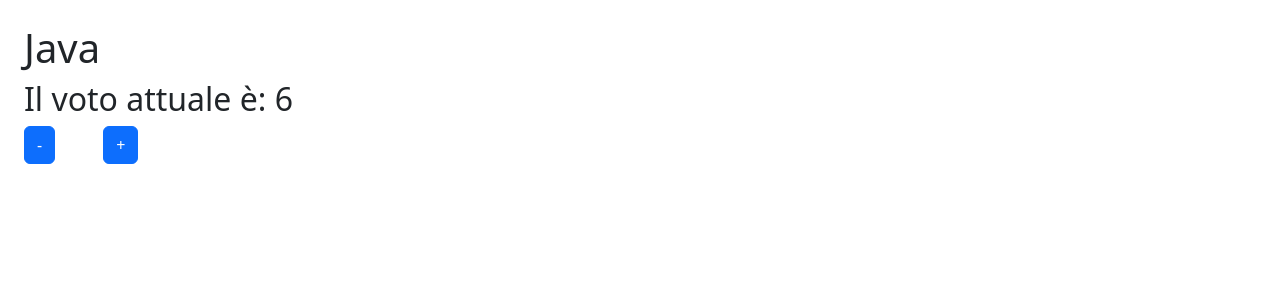
Repository: rubinettiStefano/spieg
Page: /
An editor plug-in stored every save of this project. The page is shown before and after the next save, followed by the edit.
The browser window is 1280 px wide. The pictures show the whole page.
The project was rebuilt for these pictures with package versions that can differ from the ones it lists, and the page was loaded fresh each time.

Above is the page before, as saved 2024-03-27 11:41:19.

After the next save:
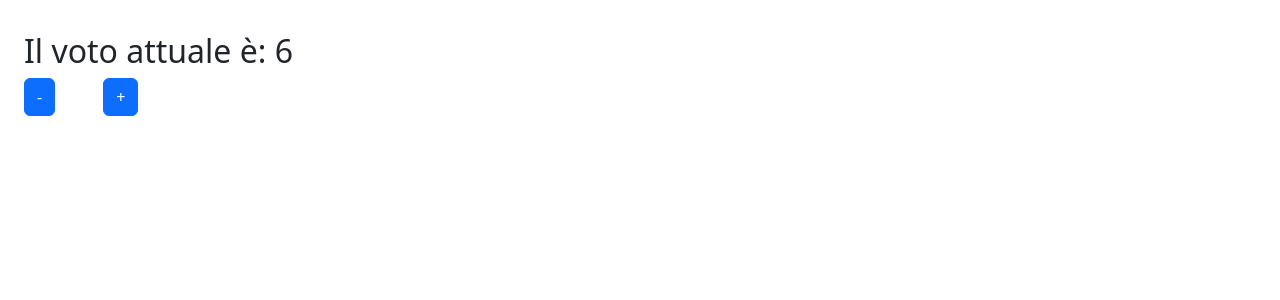
Saved 3 min 31 s later.
--- a/src/App.js
+++ b/src/App.js
@@ -4,10 +4,12 @@
 function App()
 {
 
+  let java = {name:"Java", min:1, max:30};
+
   return (
     <>
       {/* props -> {name:"Java",min:1,max:10} */}
-      <Subject name="Java" min={1} max={30} />
+      <Subject  />
     </>
   );
 }

After the 2 saves that followed:
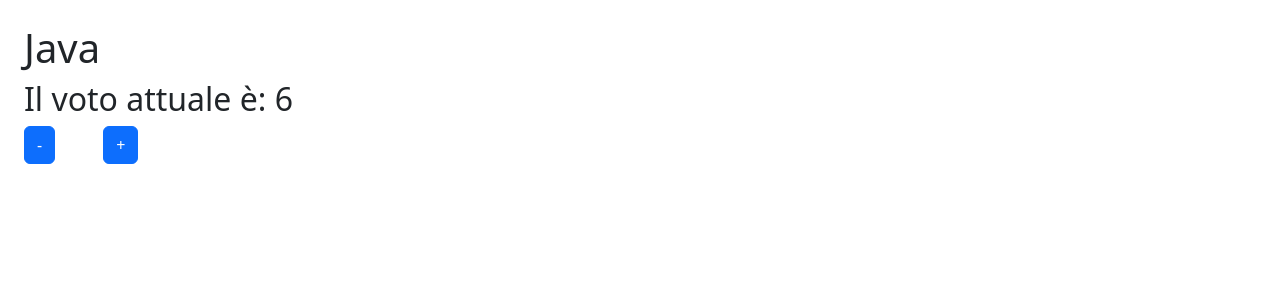
The 2 saves are shown as one change because 1 left the picture as it was.
The last was saved 78 s later.
--- a/src/App.js
+++ b/src/App.js
@@ -9,7 +9,7 @@
   return (
     <>
       {/* props -> {name:"Java",min:1,max:10} */}
-      <Subject  />
+      <Subject  sub={java}/>
     </>
   );
 }
--- a/src/Subject.jsx
+++ b/src/Subject.jsx
@@ -22,17 +22,17 @@ export default function Subject(props) /* props -> {name:"Java",min:1,max:10} */
     {
         let elementName = e.target.name;
 
-        if(elementName=="bottoncino-" && grade!=props.min)
+        if(elementName=="bottoncino-" && grade!=props.sub.min)
             setGrade(grade-1);
 
-        if(elementName=="bottoncino+" && grade!=props.max)
+        if(elementName=="bottoncino+" && grade!=props.sub.max)
             setGrade(grade+1);
     }
 
     return(
         <div className="p-4">
 
-            <h1>{props.name}</h1>
+            <h1>{props.sub.name}</h1>
             <h2>Il voto attuale è: {grade}</h2>
             {/* <button className="btn btn-primary" onClick={function (){setGrade(grade-1)}}>-</button> */}
             <button name="bottoncino-" className="btn btn-primary" onClick={handleGradeChange}>-</button>
